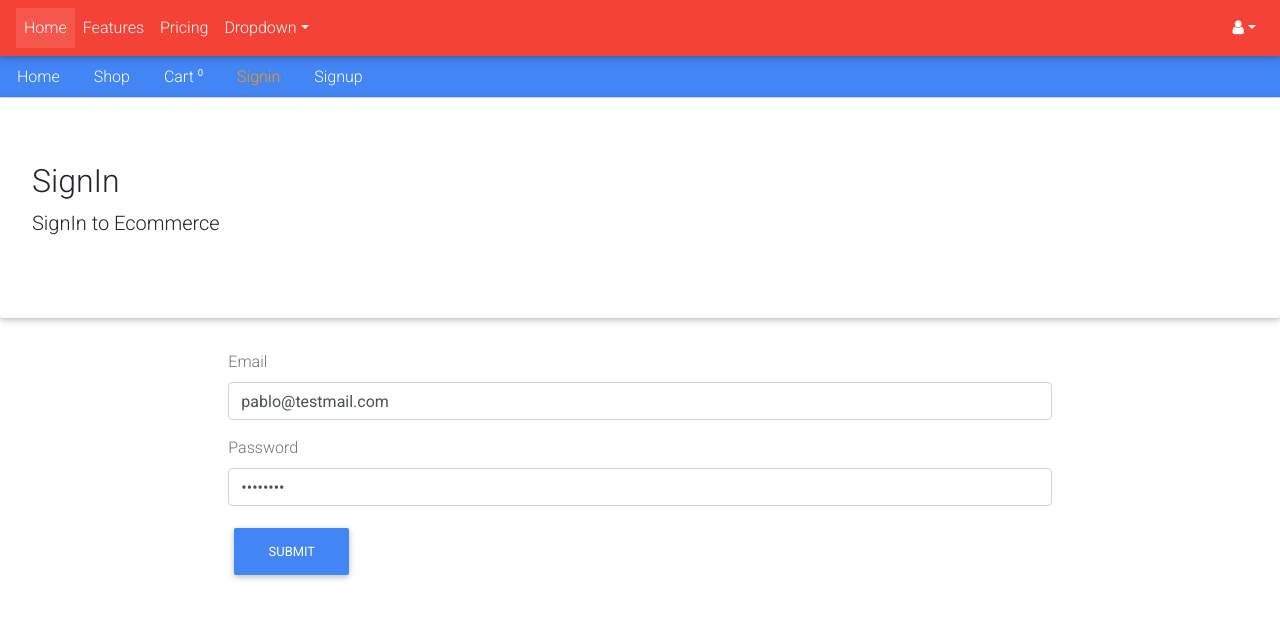
Repository: albertotorresfoltyn/e-commerce-front
Page: /create/product
The author's editor kept a copy of each file at every save. The page is drawn from the files as they stood at one save, then again after the next save.
The browser window is 1280 px wide. The pictures show the whole page.
The project was rebuilt for these pictures with package versions that can differ from the ones it lists, and the page was loaded fresh each time. Also part of the build but not shown: src/styles.css, src/user/Signup.js, src/core/apiCore.js, src/core/ShowImage.js, src/core/Card.js, src/core/Search.js, src/core/Home.js, src/auth/PrivateRoute.js and 14 more.

Above is the page before, as saved 2019-10-31 12:23:15.

### public/index.html
<!DOCTYPE html>
<html lang="en">
  <head>
    <meta charset="utf-8" />
    <link rel="shortcut icon" href="%PUBLIC_URL%/favicon.ico" />
    <meta name="viewport" content="width=device-width, initial-scale=1" />
    <meta name="theme-color" content="#000000" />

    <link rel="manifest" href="%PUBLIC_URL%/manifest.json" />
    <link rel="stylesheet" href="https://stackpath.bootstrapcdn.com/bootstrap/4.3.1/css/bootstrap.min.css"
    integrity="sha384-ggOyR0iXCbMQv3Xipma34MD+dH/1fQ784/j6cY/iJTQUOhcWr7x9JvoRxT2MZw1T"
    crossorigin="anonymous"/>

    <title>React App</title>
  </head>
  <body>
    <noscript>You need to enable JavaScript to run this app.</noscript>
    <div id="root"></div>
    <!--
      This HTML file is a template.
      If you open it directly in the browser, you will see an empty page.

      You can add webfonts, meta tags, or analytics to this file.
      The build step will place the bundled scripts into the <body> tag.

      To begin the development, run `npm start` or `yarn start`.
      To create a production bundle, use `npm run build` or `yarn build`.
    -->
  </body>
</html>

### src/index.js
import React from 'react';
import ReactDOM from 'react-dom';
import Routes from './Routes';
import 'font-awesome/css/font-awesome.min.css';
//import 'bootstrap-css-only/css/bootstrap.min.css';
import 'mdbreact/dist/css/mdb.css';

ReactDOM.render(<Routes/>, document.getElementById('root'));

### src/Routes.js
import React from 'react';
import {BrowserRouter, Switch, Route} from 'react-router-dom'
import Signup from './user/Signup'
import Signin from './user/Signin'
import Home   from './core/Home'
import Privateroute from './auth/PrivateRoute'
import Dashboard from './user/userDashboard'
import AdminRoute from './auth/AdminRoute'
import AdminDashboard from './user/AdminDashboard';
import AddCategory from './admin/AddCategory';
import AddProduct from './admin/AddProduct'
import Shop from './core/Shop'
import Product from './core/Product'
import Cart from './core/Cart'
import Orders from './admin/Orders'


const Routes = () => {
    return (
    //makes the props available on these componentes
    <BrowserRouter>
        <Switch>
            <Route path="/"      exact component={Home}/>
            <Route path="/shop"exact component={Shop}/>
            <Route path="/signin"exact component={Signin}/>
            <Route path="/signup"exact component={Signup}/>
            <Privateroute path="/user/dashboard" exact component={Dashboard} />
            <AdminRoute  path="/admin/dashboard" exact component={AdminDashboard}/>
            <AdminRoute path="/create/category"exact component={AddCategory}/>
            <AdminRoute path="/create/product" exact component={AddProduct}/>
            <Route path="/product/:productId"exact component={Product}/>
            <Route path="/cart" exact component={Cart}/>
            <AdminRoute path="/admin/orders" exact component={Orders}/>
        </Switch>
    </BrowserRouter>
    );
};

export default Routes;

### src/user/Signin.js
import React, {useState} from 'react'
import { Link, Redirect } from 'react-router-dom'
import Layout from "../core/Layout";
import { signin, authenticate, isAuthenticated } from '../auth';
//import { set } from 'mongoose';


const Signin = () => {

    const [values, setValues] = useState({
        //our state that will change with the input values, this should be updated
        email:'pablo@testmail.com',
        password:'jjjj1234',
        error:'',
        loading: false,
        redirectToReferrer: false,

    });

    const {email, password, loading, error, redirectToReferrer} = values;
    const {user} = isAuthenticated()

    const handleChange = name => event => {
        setValues({...values, error: false, [name]: event.target.value });
    };

    const clickSubmit = (event) => {
        event.preventDefault() //browser doesnt reload when click submit
        setValues({...values, error: false, loading: true });
        signin({email, password})
        .then(data => {
            if (data.error) {
                setValues({...values, error: data.error, loading: false})
            } else {
                authenticate(data, () => {
                    setValues({
                        ...values,
                        redirectToReferrer: true,
                    });
                }); //second argument for authenticate
            }
        });
    };

    const signUpForm = () => (
        <form>
            <div className="form-group">
                <label className="text-muted">Email</label>
                <input onChange={handleChange('email')} type="email" className="form-control" value={email}/>
            </div>

            <div className="form-group">
                <label className="text-muted">Password</label>
                <input onChange={handleChange('password')} type="password" className="form-control" value={password}/>
            </div>

            <button onClick={clickSubmit} className="btn btn-primary">Submit</button>


        </form>
    );

    const showError = () => (
        <div className="alert alert-danger" style={{display: error ? '' : 'none'}}>
            {error}
        </div>
    )

    const showLoading = () =>
        loading && (
            <div className="alert alert-info">
                <h2>Loading...</h2>
            </div>
        );

    const redirectUser = () => {
        if (redirectToReferrer) {
            if (user && user.role === 1) {
                return <Redirect to="/admin/dashboard" />;
            } else {
                return <Redirect to="/user/dashboard" />;
            }
        }
        if(isAuthenticated()) {
            return <Redirect  to="/" />;
        }
    };




    return(
        <Layout title="SignIn" description="SignIn to Ecommerce" className="container col-md-8 offset-md-2">
            { showLoading() }
            { showError() }
            { signUpForm() }
            { redirectUser() }
        </Layout>
    );
};

export default Signin;

### src/auth/AdminRoute.js
import React, {Component} from 'react'
import { Route, Redirect} from 'react-router-dom'
import {isAuthenticated} from './index'

const AdminRoute = ({component: Component, ...rest}) => (
    <Route {...rest} render={props => isAuthenticated() && isAuthenticated().user.role === 1  ? (
        <Component {...props} />
    ) : (
        <Redirect to={{pathname: '/signin',  state:{from: props.location}}} />
        )}
    />
);

export default AdminRoute;

### src/core/Layout.js
import React from 'react';
import Menu from './Menu'
import '../styles.css'

const Layout = ({ title = "Title", description = "Description", className, children}) => (
    <div>
        <Menu />
        <div className="jumbotron">
            <h2>{title}</h2>
            <p className="lead">{description}</p>
        </div>
        <div className={className}>{children}</div>
    </div>

);

export default Layout;

### src/auth/index.js

import { API } from '../config';

 export const signup = (user) => {
    //console.log(name, email, password);
    return fetch(`${API}/signup`, {
        method: "POST",
        headers: {
            Accept: 'application/json',
            "Content-type":"application/json"
        },
        body: JSON.stringify(user)
    })
    .then(response => {
        return response.json();
    })
    .catch(err => {
        console.log(err);
    });
};

export const signin = (user) => {
    //console.log(name, email, password);
    return fetch(`${API}/signin`, {
        method: "POST",
        headers: {
            Accept: 'application/json',
            "Content-type":"application/json"
        },
        body: JSON.stringify(user)
    })
    .then(response => {
        return response.json();
    })
    .catch(err => {
        console.log(err);
    });
};

export const authenticate = (data, next) => {
    if (typeof window !== 'undefined') {
        localStorage.setItem('jwt', JSON.stringify(data))
        next();
    }
}

export const signout = next => {
    if (typeof window !== "undefined") {
        localStorage.removeItem("jwt");
        next();
        return fetch(`${API}/signout`, {
            method: "GET"
        })
            .then(response => {
                console.log("signout", response);
            })
            .catch(err => console.log(err));
    }
};

export const isAuthenticated = () => {
    if (typeof window == 'undefined') {
        return false
    }

    if (localStorage.getItem('jwt')) {
        return JSON.parse(localStorage.getItem('jwt'))
    } else {
        return false
    }
}

### src/core/cartHelpers.js
 export const addItem = (item, next) => {
     let cart = []
     if(typeof window !== 'undefined') {
         if (localStorage.getItem('cart')) {
             cart = JSON.parse(localStorage.getItem('cart')) //convert JSON to Object !== to JSON.stringify
         }
         cart.push({
             ...item,
             count: 1
         })

         //remove duplicates
         //build an Array from new Set and turn it back into array using Array.from
         //so that later we can re-map it
         //new set will only allow unique values in it
         //so pass the ids of each object/product
         //If the loop tries to add the same value again, it'll get ignored
         //...with the array of ids we got on when first map() was used
         //run map() on it again and return the actual product from the cart

         cart = Array.from(new Set(cart.map((p) => (p._id) ))).map(id => {
             return cart.find(p => p._id === id)
         })

         localStorage.setItem('cart', JSON.stringify(cart))
         next()
     }
 }

 //total items in the cart:

 export const itemTotal = () => {
     if (typeof window !== 'undefined') {
         if (localStorage.getItem("cart")) {
             return JSON.parse(localStorage.getItem("cart")).length;
         }
     }
     return 0
 }

 export const getCart = () => {
    if (typeof window !== 'undefined') {
        if (localStorage.getItem("cart")) {
            return JSON.parse(localStorage.getItem("cart"));
        }
    }
    return []
}
//update the products count
export const updateItem = (productId, count) => {
     let cart = [];
     if (typeof window !== "undefined") {
         if (localStorage.getItem("cart")){
             cart = JSON.parse(localStorage.getItem("cart"));
         }

         cart.map((product, i) => {
             if (product._id === productId) {
                 cart[i].count = count;
             }
         })

         localStorage.setItem("cart", JSON.stringify(cart));

     }
}

//remove items from cart
export const removeItem = (productId) => {
    let cart = [];
    if (typeof window !== "undefined") {
        if (localStorage.getItem("cart")){
            cart = JSON.parse(localStorage.getItem("cart"));
        }

        cart.map((product, i) => {
            if (product._id === productId) {
                cart.splice(i, 1);
            }
        })

        localStorage.setItem("cart", JSON.stringify(cart));
    }
    return cart;
};

export const emptyCart = next => {
    if (typeof window !== 'undefined') {
        localStorage.removeItem('cart')
    }
}

### src/core/Menu.js
import React, {Fragment} from 'react'
import {Link, withRouter} from 'react-router-dom';
import { signout, isAuthenticated } from '../auth'
import { itemTotal } from './cartHelpers'
import { MDBNavbar, /*MDBNavbarBrand,*/ MDBNavbarNav, MDBNavItem, MDBNavLink, MDBNavbarToggler, MDBCollapse, MDBDropdown,
    MDBDropdownToggle, MDBDropdownMenu, MDBDropdownItem, MDBIcon } from "mdbreact";
const isActive = (history, path) => {
    if (history.location.pathname === path){
        return { color: "#ff9900" };
    } else {
        return { color: "#ffffff" }
    }

};
//this way we have access to prop.history
const Menu = ({ history }) => (
    <>
    <MDBNavbar color="red" dark expand="md">
        <MDBCollapse id="navbarCollapse3" isOpen={true} navbar>
          <MDBNavbarNav left>
            <MDBNavItem active>
              <MDBNavLink to="#!">Home</MDBNavLink>
            </MDBNavItem>
            <MDBNavItem>
              <MDBNavLink to="#!">Features</MDBNavLink>
            </MDBNavItem>
            <MDBNavItem>
              <MDBNavLink to="#!">Pricing</MDBNavLink>
            </MDBNavItem>
            <MDBNavItem>
              <MDBDropdown>
                <MDBDropdownToggle nav caret>
                  <div className="d-none d-md-inline">Dropdown</div>
                </MDBDropdownToggle>
                <MDBDropdownMenu className="dropdown-default">
                  <MDBDropdownItem href="#!">Action</MDBDropdownItem>
                  <MDBDropdownItem href="#!">Another Action</MDBDropdownItem>
                  <MDBDropdownItem href="#!">Something else here</MDBDropdownItem>
                  <MDBDropdownItem href="#!">Something else here</MDBDropdownItem>
                </MDBDropdownMenu>
              </MDBDropdown>
            </MDBNavItem>
          </MDBNavbarNav>
          <MDBNavbarNav right>
            <MDBNavItem>
              <MDBNavLink className="waves-effect waves-light" to="#!">
                <MDBIcon fab icon="twitter" />
              </MDBNavLink>
            </MDBNavItem>
            <MDBNavItem>
              <MDBNavLink className="waves-effect waves-light" to="#!">
                <MDBIcon fab icon="google-plus-g" />
              </MDBNavLink>
            </MDBNavItem>
            <MDBNavItem>
              <MDBDropdown>
                <MDBDropdownToggle nav caret>
                  <MDBIcon icon="user" />
                </MDBDropdownToggle>
                <MDBDropdownMenu className="dropdown">
                  <MDBDropdownItem href="#!">Action</MDBDropdownItem>
                  <MDBDropdownItem href="#!">Another Action</MDBDropdownItem>
                  <MDBDropdownItem href="#!">Something else here</MDBDropdownItem>
                  <MDBDropdownItem href="#!">Something else here</MDBDropdownItem>
                </MDBDropdownMenu>
              </MDBDropdown>
            </MDBNavItem>
          </MDBNavbarNav>
        </MDBCollapse>
      </MDBNavbar>
     <div>
         <ul className="nav nav-tabs bg-primary">

               <li className="nav-item">
                 <Link className="nav-link" style={isActive(history, '/')} to="/">Home</Link>
               </li>

               <li className="nav-item">
                 <Link className="nav-link" style={isActive(history, '/shop')} to="/shop">Shop</Link>
               </li>

               <li className="nav-item">
                    <Link className="nav-link" style={isActive(history, '/cart')} to="/cart">
                        Cart{" "}<sup>
                                    <small className="cart-badge">{itemTotal()}</small>
                                </sup>
                    </Link>
               </li>

              {isAuthenticated() && isAuthenticated().user.role === 0 && (
                    <li className="nav-item">
                        <Link className="nav-link" style={isActive(history, "/user/dashboard")}
                        to="/user/dashboard">
                            Dashboard
                        </Link>
                </li>
              )}

            {isAuthenticated() && isAuthenticated().user.role === 1 && (
                    <li className="nav-item">
                    <Link className="nav-link" style={isActive(history, "/admin/dashboard")}
                    to="/admin/dashboard">
                        Dashboard
                    </Link>
                </li>
              )}

            {!isAuthenticated() && (
                <Fragment>
                     <li className="nav-item">
                          <Link className="nav-link" style ={isActive(history, '/signin')} to="/signin">Signin</Link>
                    </li>

                    <li className="nav-item">
                        <Link className="nav-link" style={isActive(history, '/signup')} to="/signup">Signup</Link>
                    </li>
                </Fragment>
            )}

            {isAuthenticated() && (
                    <li className="nav-item">
                            <span className="nav-link" style={{cursor: "pointer", color: "#ffffff" }} onClick={() =>
                                signout(() => {
                                history.push("/"); //take the user to homepage after signout
                                })
                            }
                            >
                                Signout
                            </span>

                     </li>
            )}

         </ul>

     </div>
     </>
)

export default withRouter(Menu);

Loaded but not shown: src/config.js (common file)

After the next save:
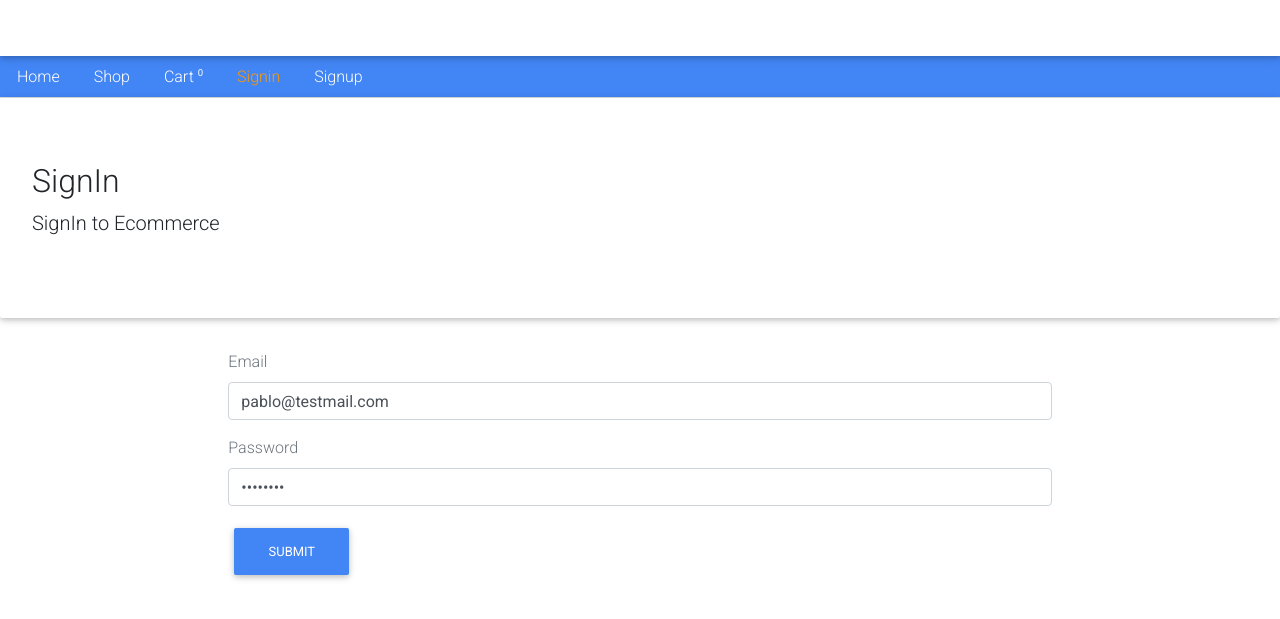
Saved 6 min 57 s later.
--- a/src/core/Menu.js
+++ b/src/core/Menu.js
@@ -15,7 +15,7 @@ const isActive = (history, path) => {
 //this way we have access to prop.history
 const Menu = ({ history }) => (
     <>
-    <MDBNavbar color="red" dark expand="md">
+    <MDBNavbar color="26333c" dark expand="md">
         <MDBCollapse id="navbarCollapse3" isOpen={true} navbar>
           <MDBNavbarNav left>
             <MDBNavItem active>
